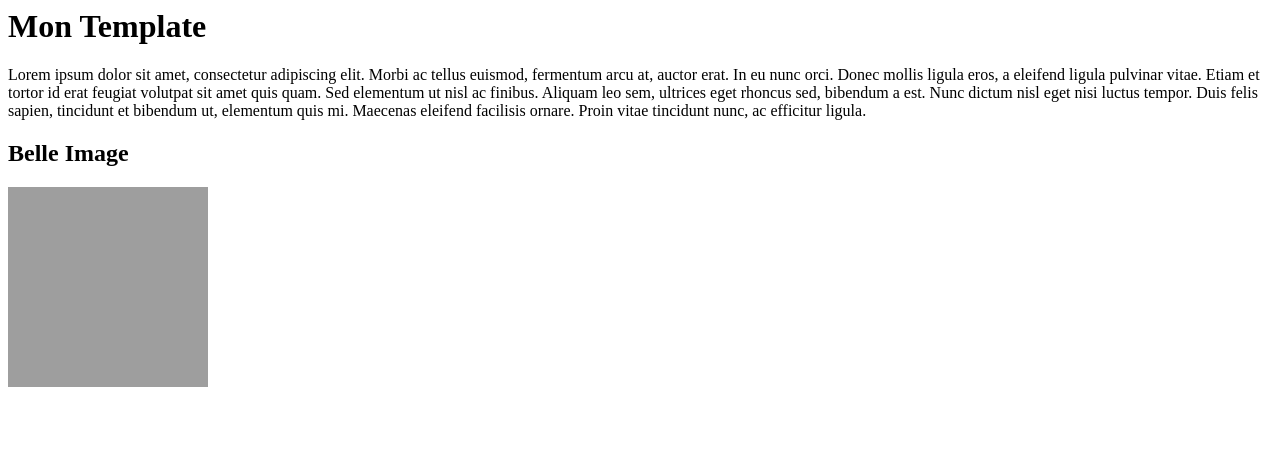
Repository: alvesamour/wf
Page: http://localhost/views/homepage.html.php
An editor plug-in stored every save of this project. The page is shown before and after the next save, followed by the edit.
The browser window is 1280 px wide. The pictures show the whole page.
Pictures or frames that could not be fetched are drawn as grey boxes. The page is run by PHP 8.4 with error messages shown; the project is at /var/www/html/.

Above is the page before, as saved 2018-11-19 09:30:39.

### OOP/microforce/views/homepage.html.php
<!DOCTYPE>
<html>
	<head>
	<meta charset="UTF-8">
		<title>Mon site Web MicroForce</title>
	</head>

	<body>
		<h1>Mon Template</h1>

		<p>
			Lorem ipsum dolor sit amet, consectetur adipiscing elit. Morbi ac tellus euismod, fermentum arcu at, auctor erat. In eu nunc orci. Donec mollis ligula eros, a eleifend ligula pulvinar vitae. Etiam et tortor id erat feugiat volutpat sit amet quis quam. Sed elementum ut nisl ac finibus. Aliquam leo sem, ultrices eget rhoncus sed, bibendum a est. Nunc dictum nisl eget nisi luctus tempor. Duis felis sapien, tincidunt et bibendum ut, elementum quis mi. Maecenas eleifend facilisis ornare. Proin vitae tincidunt nunc, ac efficitur ligula.

		</p>

		<div>
			<h2>Belle Image</h2>
			<img src="https://picsum.photos/200" alt="Aleatoire">
		</div>

	</body>
</html>

After the next save:
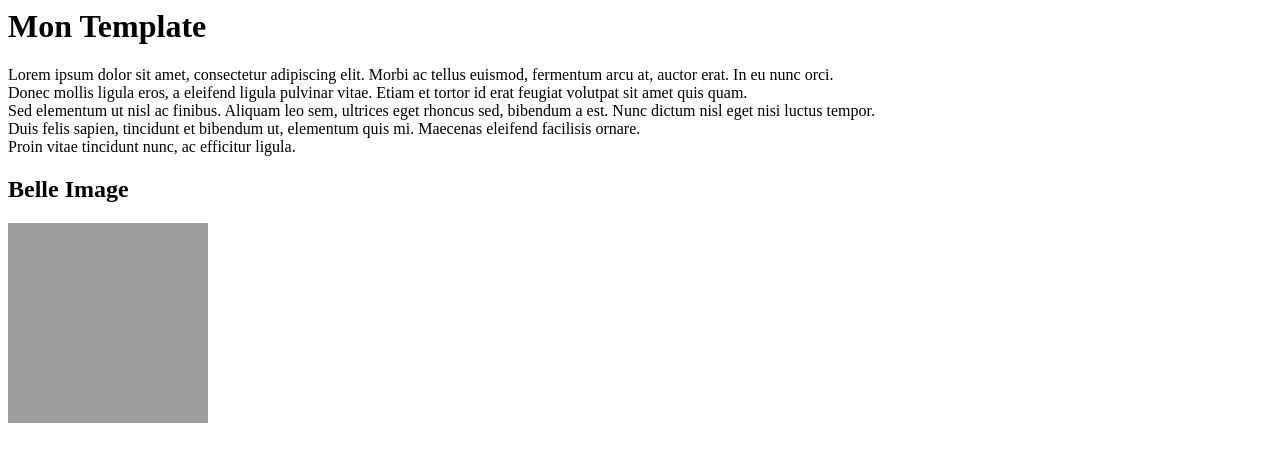
Saved 73 s later.
--- a/OOP/microforce/views/homepage.html.php
+++ b/OOP/microforce/views/homepage.html.php
@@ -9,8 +9,11 @@
 		<h1>Mon Template</h1>
 
 		<p>
-			Lorem ipsum dolor sit amet, consectetur adipiscing elit. Morbi ac tellus euismod, fermentum arcu at, auctor erat. In eu nunc orci. Donec mollis ligula eros, a eleifend ligula pulvinar vitae. Etiam et tortor id erat feugiat volutpat sit amet quis quam. Sed elementum ut nisl ac finibus. Aliquam leo sem, ultrices eget rhoncus sed, bibendum a est. Nunc dictum nisl eget nisi luctus tempor. Duis felis sapien, tincidunt et bibendum ut, elementum quis mi. Maecenas eleifend facilisis ornare. Proin vitae tincidunt nunc, ac efficitur ligula.
-
+			Lorem ipsum dolor sit amet, consectetur adipiscing elit. Morbi ac tellus euismod, fermentum arcu at, auctor erat. In eu nunc orci.</br>
+			 Donec mollis ligula eros, a eleifend ligula pulvinar vitae. Etiam et tortor id erat feugiat volutpat sit amet quis quam. </br>
+			 Sed elementum ut nisl ac finibus. Aliquam leo sem, ultrices eget rhoncus sed, bibendum a est. Nunc dictum nisl eget nisi luctus tempor.</br>
+			 Duis felis sapien, tincidunt et bibendum ut, elementum quis mi. Maecenas eleifend facilisis ornare.</br>
+			 Proin vitae tincidunt nunc, ac efficitur ligula.
 		</p>
 
 		<div>
